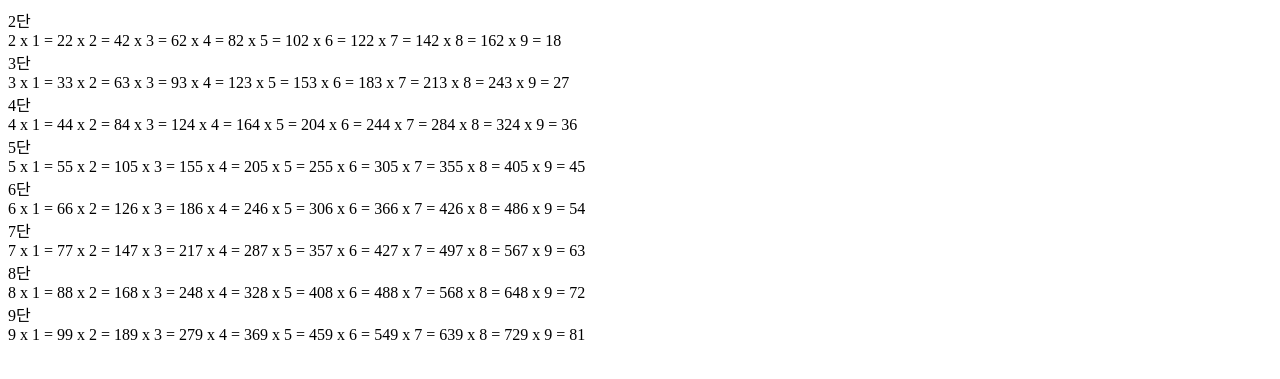
Repository: carnelli95/workspace_JSP
Page: http://localhost/MustHaveJSP/JSPMission/Gugudan4.jsp
These files come from the project's save history. The page is drawn as it stood at one moment and after the next save; the edit follows.
The browser window is 1280 px wide. The pictures show the whole page.
The page is served by Tomcat 9. Other server files are loaded and not shown.

Above is the page before, as saved 2025-09-26 08:47:26.

### MustHaveJSP/src/main/webapp/JSPMission/Gugudan4.jsp
<%@ page language="java" contentType="text/html; charset=UTF-8"
    pageEncoding="UTF-8"%>
<!DOCTYPE html>
<html>
<head>
<meta charset="UTF-8">
<title>Insert title here</title>
</head>
<body>
	<%
	for(int i = 2; i <= 9; i++) {
		out.println(i + "단<br>");
		for(int j = 1; j <= 9; j++) {
			out.print(i + " x " + j  + " = " + i * j);
		}
		out.print("<br>");
	}
	%>
</body>
</html>

After the next save:
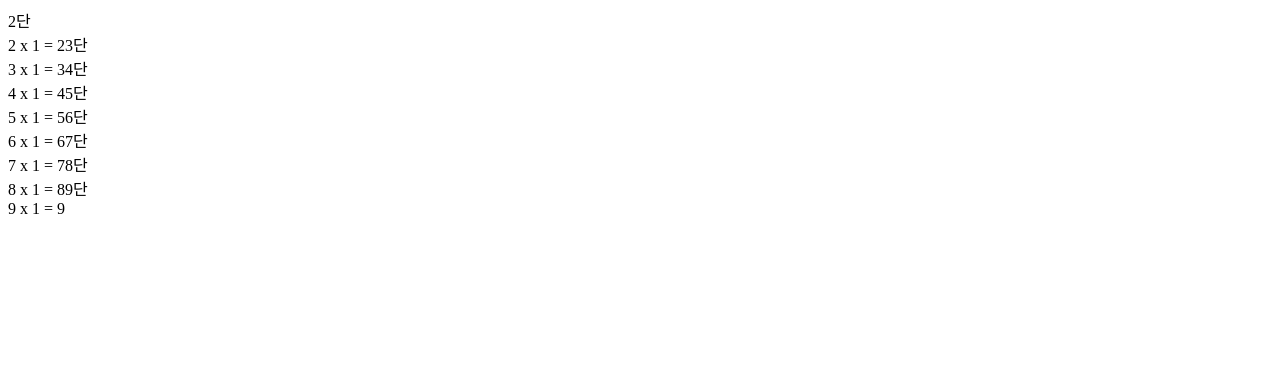
Saved 16 s later.
--- a/MustHaveJSP/src/main/webapp/JSPMission/Gugudan4.jsp
+++ b/MustHaveJSP/src/main/webapp/JSPMission/Gugudan4.jsp
@@ -11,7 +11,7 @@
 	for(int i = 2; i <= 9; i++) {
 		out.println(i + "단<br>");
 		for(int j = 1; j <= 9; j++) {
-			out.print(i + " x " + j  + " = " + i * j);
+			out.print(i + " x " + j  + " = " + i * j+"<br");
 		}
 		out.print("<br>");
 	}

After the 2 saves that followed:
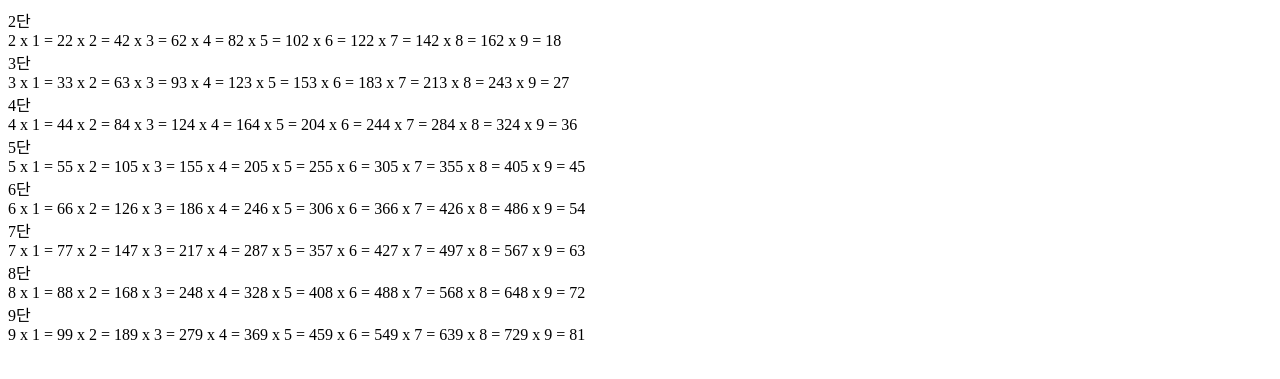
The 2 saves are shown as one change because 1 left the picture as it was.
The last was saved 85 s later.
--- a/MustHaveJSP/src/main/webapp/JSPMission/Gugudan4.jsp
+++ b/MustHaveJSP/src/main/webapp/JSPMission/Gugudan4.jsp
@@ -11,7 +11,7 @@
 	for(int i = 2; i <= 9; i++) {
 		out.println(i + "단<br>");
 		for(int j = 1; j <= 9; j++) {
-			out.print(i + " x " + j  + " = " + i * j+"<br");
+			out.print(i + " x " + j  + " = " + (i * j));
 		}
 		out.print("<br>");
 	}
